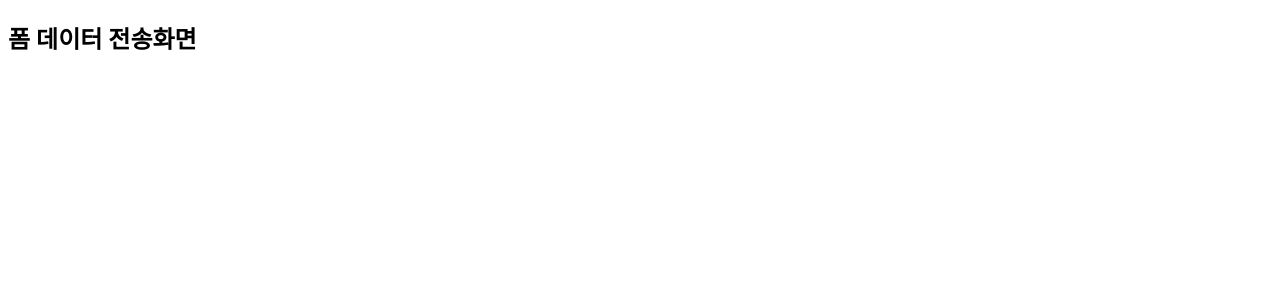
Repository: heyJSH/Study_java_web_sol
Page: http://localhost/jspweb_07/form_client.jsp
The author's editor kept a copy of each file at every save. The page is drawn from the files as they stood at one save, then again after the next save.
The browser window is 1280 px wide. The pictures show the whole page.
The page is served by Tomcat 9.

Above is the page before, as saved 2024-01-11 01:18:29.

After the next save:
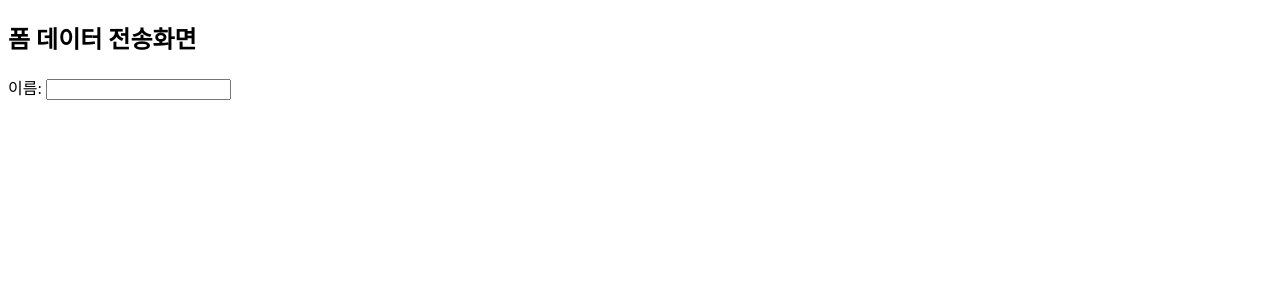
Saved 92 s later.
--- a/teacher_lecture/cotogether/workspace_stsb_4_21/jspweb_07/src/main/webapp/form_client.jsp
+++ b/teacher_lecture/cotogether/workspace_stsb_4_21/jspweb_07/src/main/webapp/form_client.jsp
@@ -8,5 +8,14 @@
 </head>
 <body>
 	<h2>폼 데이터 전송화면</h2>
+
+	<form action="" method="GET">
+
+		<p>
+			<label>이름: </label>
+			<input type="text" name="name">
+		</p>
+
+	</form>
 </body>
 </html>
